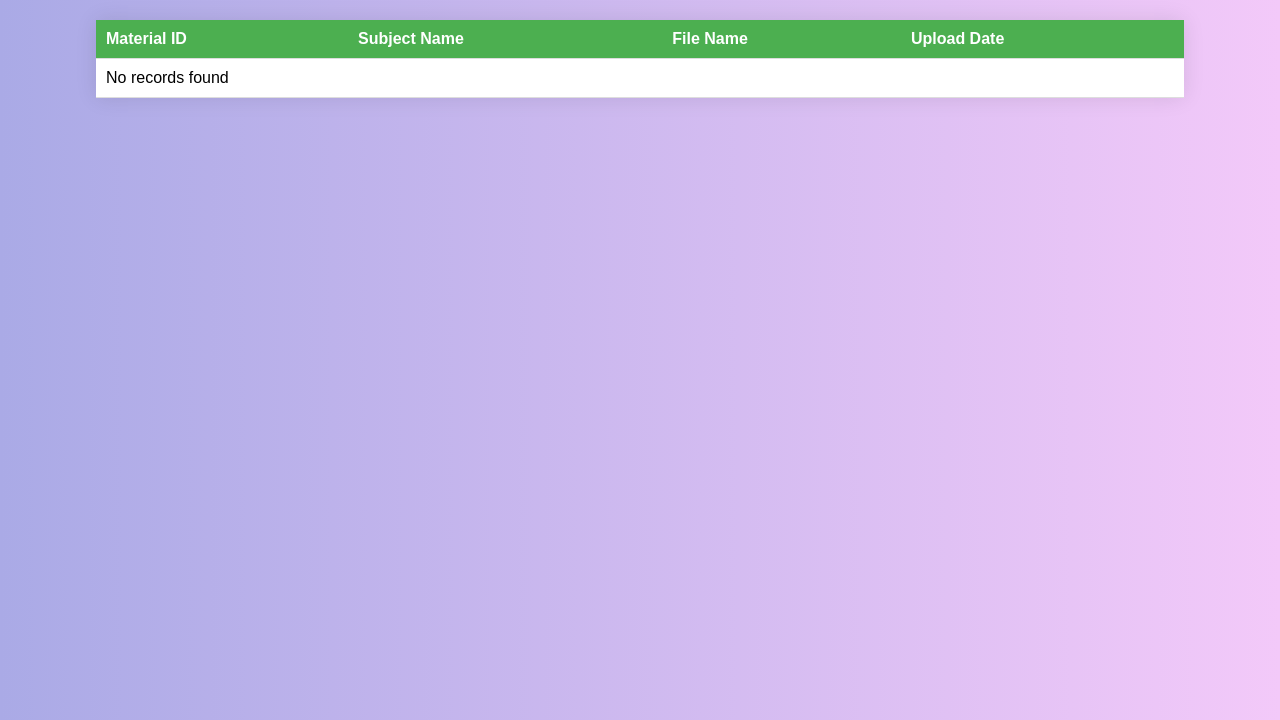
Repository: Acharya-Keerthana/Education
Page: http://localhost/education/third_sem/COD.php
The author's editor kept a copy of each file at every save. The page is drawn from the files as they stood at one save, then again after the next save.
The browser window is 1280 px wide. The pictures show the whole page.
The page is run by PHP 8.4 with error messages shown; the project is at /var/www/html/. Queries for data that is not in the repository find no rows.

Above is the page before, as saved 2024-04-16 18:56:47.

After the next save:
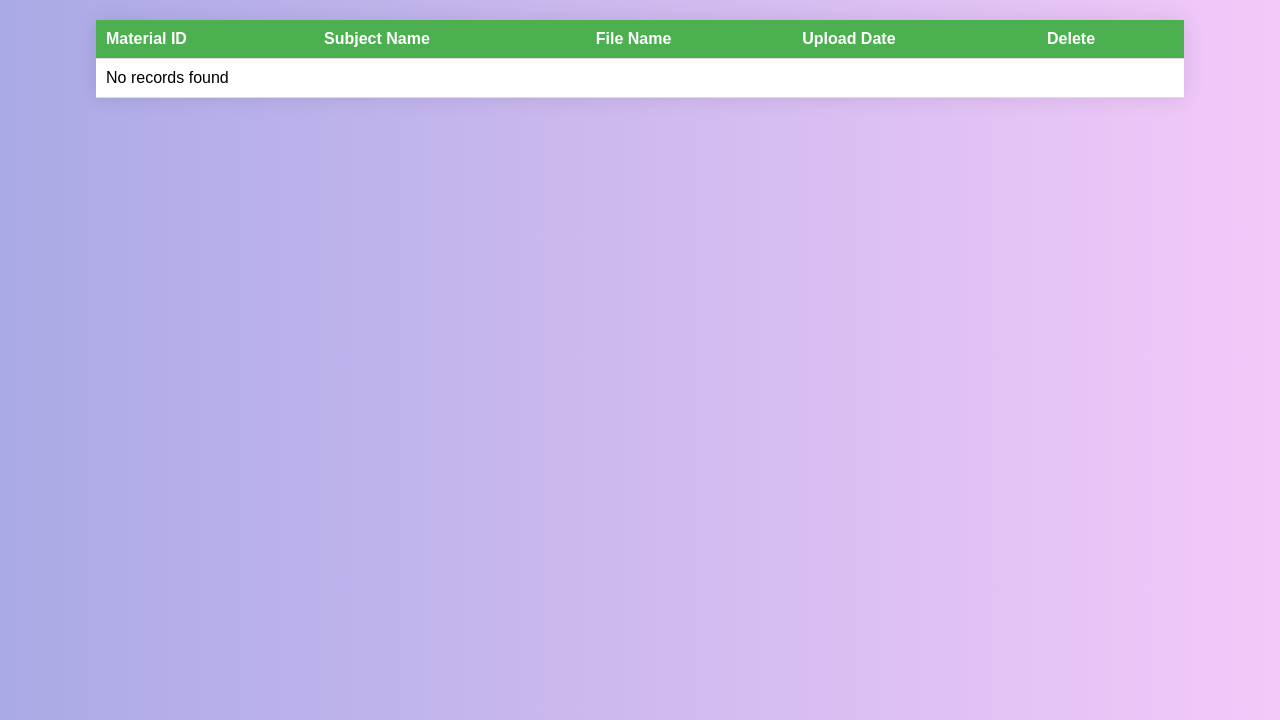
Saved 3 min 26 s later.
--- a/third_sem/COD.php
+++ b/third_sem/COD.php
@@ -6,7 +6,7 @@
 <body>
     <div class="table-container">
         <table>
-            <tr><th>Material ID</th><th>Subject Name</th><th>File Name</th><th>Upload Date</th></tr>
+            <tr><th>Material ID</th><th>Subject Name</th><th>File Name</th><th>Upload Date</th><th>Delete</th></tr>
             <?php
             require 'database.php';
 
